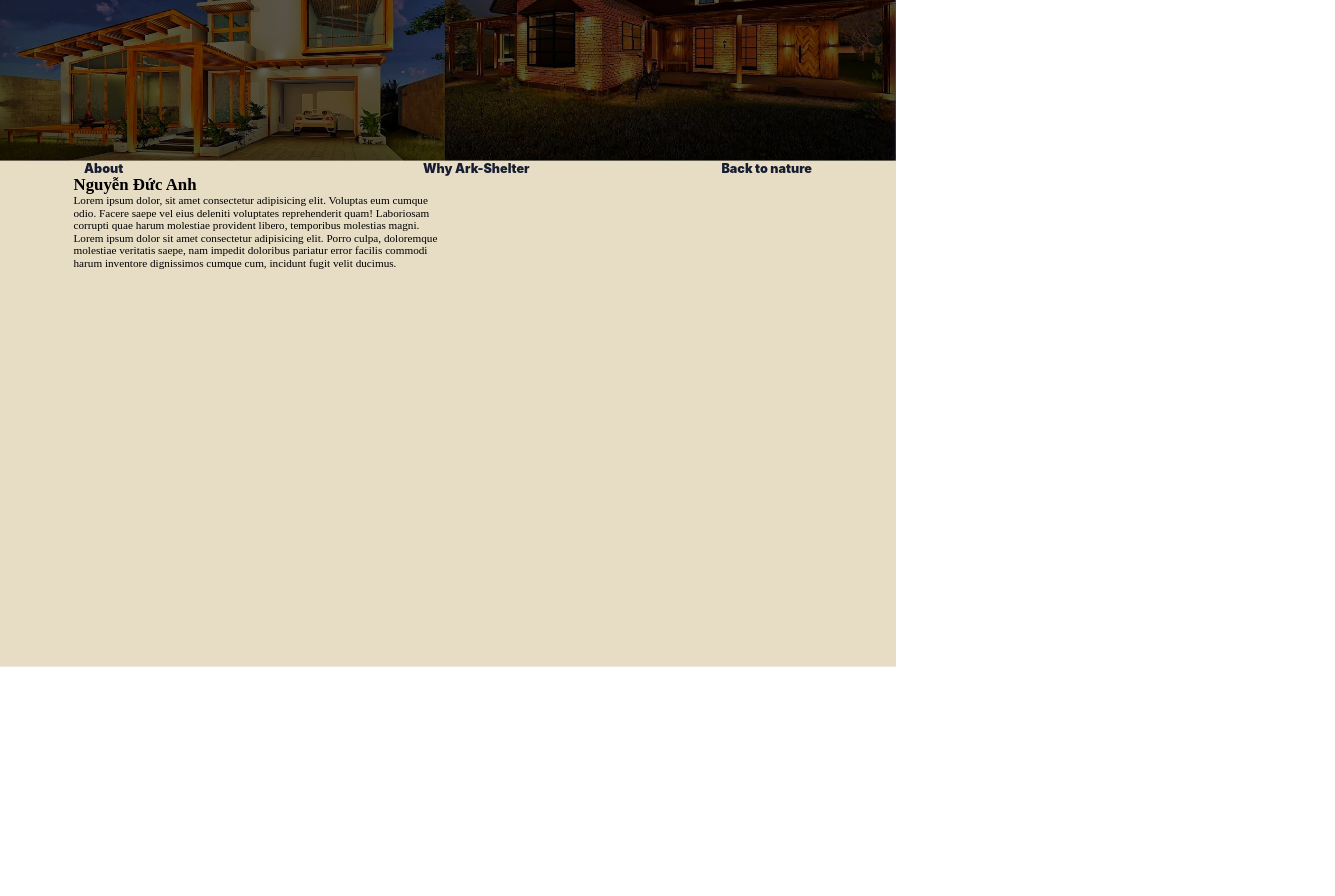
Repository: Ethanxcode/DucAnhNguyen
Page: index.html
The author's editor kept a copy of each file at every save. The page is drawn from the files as they stood at one save, then again after the next save.
The browser window is 1280 px wide. The page is 1280 px wide, then 1907 px, so the pictures cover 1907 px, including what lies to the right of the window. The pictures show the part of the page from y = 489 to 1769 px (the page is 10000 px tall), at 70% of full size.

Above is the page before, as saved 2023-01-14 01:51:34.

### index.html
<!DOCTYPE html>
<html lang="en">
	<head>
		<meta charset="UTF-8" />
		<meta http-equiv="X-UA-Compatible" content="IE=edge" />
		<meta name="viewport" content="width=device-width, initial-scale=1.0" />
		<link rel="stylesheet" href="./style.css" />
		<link
			rel="stylesheet"
			href="https://cdnjs.cloudflare.com/ajax/libs/font-awesome/6.2.1/css/all.min.css"
		/>
		<!-- <link rel="stylesheet" type="text/css" href="/css/fonts.css" /> -->
		<title>DucAnhNguyen</title>
	</head>
	<body>
		<div id="root">
			<section class="container bgimage header">
				<div
					class="bg-image-holder"
					style="
						background-image: url(./Assets/241194850_2108411145980762_7904081432669109629_n.jpg);
					"
				></div>
				<nav class="navigation content-above">
					<ul class="headerMenu">
						<li>
							<a href=""><h2 class="textLogo">Duc Anh</h2></a>
						</li>
						<li class="subHeaderMenu">
							<ul>
								<li>
									<a href="#" class="inter-black-iron-16px">Live</a>
								</li>
								<li>
									<a href="#" class="inter-black-iron-16px">Projects</a>
								</li>
								<li>
									<a href="#" class="inter-black-iron-16px">Contacts</a>
								</li>
							</ul>
						</li>
					</ul>
				</nav>
				<nav class="heroSubNavigation">
					<button class="btn inter-black-almod-16px" style="margin-left: 88px">
						<i class="icon-margin-8px fa-solid fa-arrow-right-from-bracket"></i>
						Check out our feature on news
					</button>
					<h1 class="heroTitle">
						New way <br />
						of living.
					</h1>
					<p class="inter-black-iron-16px" style="text-transform: capitalize">
						change the way you live life, closer to nature
					</p>
					<p class="childrenSubNav">Modular, sustainable, premeium.</p>
				</nav>
			</section>

			<section class="AboutSection container content-above">
				<header class="HeaderSection">
					<ul class="HeaderSectionMenu">
						<li>
							<h4 class="inter-black-eerie-black-18px">About</h4>
						</li>
						<ul class="subSectionMenu">
							<li>
								<h4 class="inter-black-eerie-black-18px">Why Ark-Shelter</h4>
							</li>
							<li>
								<h4 class="inter-black-eerie-black-18px">Back to nature</h4>
							</li>
						</ul>
					</ul>
				</header>
				<div class="row content">
					<div class="col-half">
						<h1>Nguyễn Đức Anh</h1>
						<p>
							Lorem ipsum dolor, sit amet consectetur adipisicing elit. Voluptas
							eum cumque odio. Facere saepe vel eius deleniti voluptates
							reprehenderit quam! Laboriosam corrupti quae harum molestiae
							provident libero, temporibus molestias magni. Lorem ipsum dolor
							sit amet consectetur adipisicing elit. Porro culpa, doloremque
							molestiae veritatis saepe, nam impedit doloribus pariatur error
							facilis commodi harum inventore dignissimos cumque cum, incidunt
							fugit velit ducimus.
						</p>
					</div>
					<div class="col-half"></div>
				</div>
			</section>
		</div>
	</body>
</html>

### style.css
* {
	padding: 0;
	margin: 0;
	box-sizing: border-box;
}

html {
	height: 10000px;
}

:root {
	--custom-color-one: rgb(32, 45, 99, 01);
	--custom-color-two: rgb(232, 198, 113);
	--black: rgba(0, 0, 0, 1);
	--mirage: rgba(23, 28, 48, 1);
	--eerie-black: rgba(24, 29, 49, 1);
	--tundora-2: rgba(67, 66, 66, 0.8);
	--tundora: rgba(67, 66, 66, 0.8);
	--pablo: rgba(120, 113, 108, 1);
	--iron: rgba(216, 216, 216, 1);
	--almod: rgba(230, 221, 196, 1);

	--font-size-xxs: 16px;
	--font-size-xs: 22px;
	--font-size-s: 24px;
	--font-size-m: 28px;
	--font-size-l: 32px;
	--font-size-xl: 36px;
	--font-size-xxl: 48px;
	--font-size-xxxl: 128px;

	--font-family-inter: 'Inter';
	--font-family-roboto: 'Roboto';
}

.root {
	max-width: 1920px;
	max-height: 10000px;
}

.col {
	float: left;
	padding-left: 8px;
	padding-right: 8px;
}

.col-third {
	width: 33.33333%;
}

.col-half {
	width: 50%;
}

.col-full {
	width: 100%;
}

.col-sm-12 {
	position: relative;
	width: 100%;
	padding-right: 15px;
	padding-left: 15px;
}

.mt-8 {
	margin-top: 8px;
}

.mt-16 {
	margin-top: 16px;
}

.mt-32 {
	margin-top: 32px;
}

.row {
	display: flex;
	flex-wrap: wrap;
	width: 100%;
	margin-right: -15px;
	margin-left: -15px;
}

.first-sub-row {
	width: 100%;
	/* padding: 0 15px; */
	margin: 0 auto;
	flex: wrap;
	display: flex;
}

.second-sub-row {
	width: 100% !important;
	/* padding: 0 15px; */
	margin: 0 auto;
	justify-content: space-between;
}

/* Classes */
.inter-black-iron-16px {
	color: var(--iron);
	font-family: var(--font-family-inter);
	font-size: var(--font-size-xxs);
	font-weight: 900;
	font-style: normal;
	text-transform: uppercase;
	user-select: none;
}

.inter-black-iron-24px {
	color: var(--iron);
	font-family: var(--font-family-inter);
	font-size: var(--font-size-s);
	font-weight: 900;
	font-style: normal;
	user-select: none;
}

.inter-black-eerie-black-24px {
	color: var(--eerie-black);
	font-family: var(--font-family-inter);
	font-size: var(--font-size-s);
	font-weight: 900;
	font-style: normal;
}
.inter-black-eerie-black-18px {
	color: var(--eerie-black);
	font-family: var(--font-family-inter);
	font-size: 18px;
	font-weight: 900;
	font-style: normal;
}

.inter-black-eerie-black-16px {
	color: var(--eerie-black);
	font-family: var(--font-family-inter);
	font-size: 16px;
	font-weight: 900;
	font-style: normal;
}

.inter-medium-black-24px {
	color: var(--black);
	font-family: var(--font-family-inter);
	font-size: var(--font-size-s);
	font-weight: 500;
	font-style: normal;
}

.inter-medium-black-32px {
	color: var(--black);
	font-family: var(--font-family-inter);
	font-size: var(--font-size-l);
	font-weight: 500;
	font-style: normal;
}

.inter-medium-tundora-28px {
	color: var(--tundora);
	font-family: var(--font-family-roboto);
	font-size: var(--font-size-m);
	font-weight: 500;
	font-style: normal;
}

.inter-medium-tundora-28px-2 {
	color: var(--tundora-2);
	font-family: var(--font-family-inter);
	font-size: var(--font-size-m);
	font-weight: 500;
	font-style: normal;
}

.inter-medium-tundora-28px-2 {
	color: var(--tundora);
	font-family: var(--font-family-inter);
	font-size: var(--font-size-m);
	font-weight: 500;
	font-style: normal;
}

.btn {
	text-decoration: none;
	padding: 16px 24px;
	margin: 0;
	background-color: var(--mirage);
	color: var(--almod);
	font-weight: 500;
	display: inline-block;
	box-shadow: 0 4px 30px rgb(0 0 0 / 10%);
	transition: 0.3s ease;
	border: none;
	/* position: relative; */
	text-align: center;
	border-radius: 100px;
	font-family: var(--font-family-inter);
	font-size: 14px;
	font-weight: 900;
	font-style: normal;
}
.icon-margin-8px {
	margin-right: 8px;
}
.btn:hover {
	background-color: rgba(11, 16, 41, 0.85);
	color: rgb(233, 200, 117);
	cursor: pointer;
}

.btn:hover:before {
	opacity: 0.07;
	visibility: visible;
}

.btn:hover {
	/* color: #212529; */
	text-decoration: none;
}

.btn--xs {
	line-height: 42px;
	padding: 0 19px;
	font-size: 15px;
	margin: 0px 8px;
}

.btn--news-xs {
	line-height: 36px;
	padding: 6px 20px;
	font-size: 15px;
}

.btn--news-xs > a {
	line-height: 36px;
	/* padding: 4px 16px; */
	font-size: 20px;
	color: #fff;
	font-weight: 400;
}

.news-btn {
	margin-top: 16px;
}

.btn-form--xs {
	line-height: 36px;
	padding: 0 19px;
	font-size: 15px;
}

.btn--lg,
.btn-lg {
	line-height: 55px;
	font-size: 16px;
	min-width: 195px;
}

.heroTitle {
	color: var(--iron);
	font-family: var(--font-family-inter);
	font-size: 88px;
	font-weight: 900;
	letter-spacing: 0;
	line-height: normal;
	margin-top: 40px;
	min-height: 150px;
	text-transform: uppercase;
	/* width: 752px; */
	text-shadow: 14px 4px 16px #000;
	user-select: none;
}

.textLogo {
	text-transform: uppercase;
	color: var(--iron);
	font-family: var(--font-family-inter);
	font-size: var(--font-size-xxl);
	font-weight: 900px;
	letter-spacing: 0;
	line-height: normal;
	/* min-height: 94px; */
	/* min-width: 334px; */
	user-select: none;
}

.container {
	width: 100%;
	padding-right: 120px;
	padding-left: 120px;
	margin-right: auto;
	margin-left: auto;
}

.content-above {
	position: relative;
	z-index: 2;
	user-select: none;
}

.bg-image-holder {
	position: absolute;
	height: 100%;
	width: 100%;
	top: 0;
	left: 0;
	background-size: cover;
	/* background-position: 50% 50% !important; */
	z-index: 0;
	filter: brightness(36%) contrast(100%) saturate(180%);
	box-shadow: inset 0px -36px 100px rgba(0, 0, 0, 0.25);
	-webkit-backdrop-filter: brightness(36%) contrast(100%) saturate(180%);
	/* scale: (5px); */
	/* -webkit-transition: opacity 0.3s linear; */
}

.navigation {
	margin-bottom: 64px;
}

.heroSubNavigation {
	width: 100%;
	position: relative;
}

/* .navigation .subNavigation {
	display: table;
	vertical-align: middle;
	text-align: center;
	width: 100%;
	height: 100%;
} */

.childrenSubNav {
	color: var(--iron);
	font-family: var(--font-family-inter);
	font-size: 14px;
	font-weight: 900;
	position: absolute;
	/* margin-bottom: 61px; */
	margin-right: -130px;
	/* min-height: 27px; */
	/* min-width: 360px; */
	transform: rotate(90deg);
	/* position: relative; */
	right: 0;
	top: 62%;
}

.hero-area .hero-content .content-wrapper {
	display: table-cell;
	vertical-align: middle;
}

.headerMenu {
	align-items: center;
	display: flex;
	justify-content: space-between;
}

.headerMenu > li {
	display: inline-block;
	/* padding: 12px 0; */
	/* margin-right: 30px; */
	list-style: none;
}

a {
	text-decoration: none;
}

li {
	list-style: none;
}

.subHeaderMenu > ul {
	flex-direction: row;
	display: flex;
}

.subHeaderMenu > ul > li {
	list-style: none;
	line-height: 34px;
	margin-right: 60px;
	padding: 24px 0;
}

subHeaderMenu > ul > li > a {
	/* gap: 0.5em; */
	text-decoration: none;
}

.subHeaderMenu > ul > li > a:hover {
	cursor: pointer;
	gap: 0.5em;
	color: var(--pablo);
	/* background-color: #fffd; */
	/* backdrop-filter: blur(10px) saturate(160%) contrast(180%); */
}

.header {
	height: 678px;
}

.AboutSection {
	background-color: var(--almod);
	height: 723px;
	/* position: relative; */
	width: 100%;
}

.section-margin-top {
	margin-top: 220px;
}

.bgimage:before {
	z-index: 1;
}

.AboutSection {
	/* display: flex; */
	/* width: 100%; */
}

.HeaderSection {
}

.HeaderSectionMenu {
	margin-top: 40px;
	align-items: center;
	display: flex;
	justify-content: space-between;
}

.subSectionMenu {
	align-items: center;
	display: flex;

	justify-content: space-around;
}
.subSectionMenu > li:first-child {
	margin-right: 274px;
}

.HeaderSectionMenu > li {
}

After the next save:
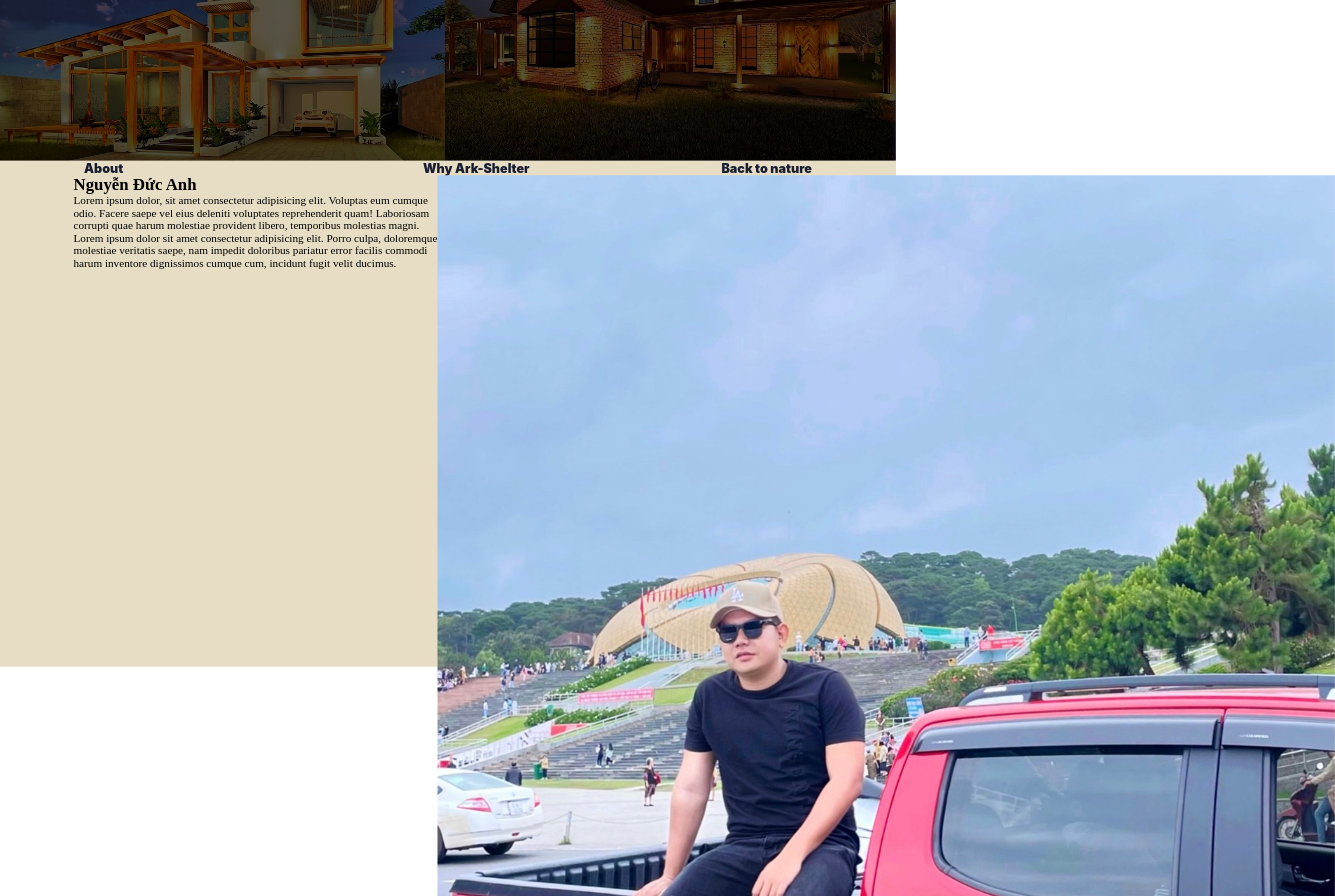
Saved 27 s later.
--- a/index.html
+++ b/index.html
@@ -87,7 +87,9 @@
 							fugit velit ducimus.
 						</p>
 					</div>
-					<div class="col-half"></div>
+					<div class="col-half">
+						<img src="./Assets/P1.jpg" alt="" />
+					</div>
 				</div>
 			</section>
 		</div>
